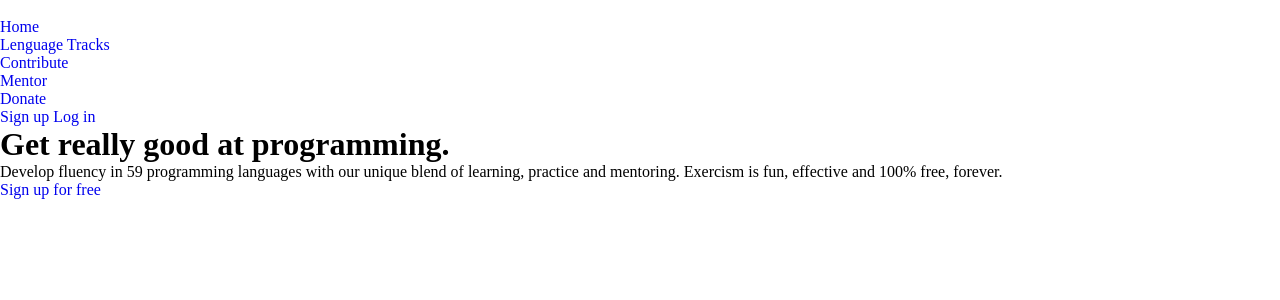
Repository: mvbri/exercism-style-website
Page: index.html
An editor plug-in stored every save of this project. The page is shown before and after the next save, followed by the edit.
The browser window is 1280 px wide. The pictures show the whole page.

Above is the page before, as saved 2022-07-20 18:14:19.

### index.html
<!DOCTYPE html>
<html lang="en">
  <head>
    <meta charset="UTF-8" />
    <meta http-equiv="X-UA-Compatible" content="IE=edge" />
    <meta name="viewport" content="width=device-width, initial-scale=1.0" />
    <title>Document</title>
    <link rel="stylesheet" href="style.css" />
  </head>
  <body>
    <div class="container">
      <header class="site-header">
        <div class="logo">
          <img src="" alt="" />
        </div>
        <nav class="signed-out">
          <ul>
            <li>
              <a href="#">Home</a>
            </li>
            <li>
              <a href="#">Lenguage Tracks</a>
            </li>
            <li>
              <a href="#">Contribute</a>
            </li>
            <li>
              <a href="#">Mentor</a>
            </li>
            <li>
              <a href="#">Donate</a>
            </li>
          </ul>
        </nav>
        <div class="auth-buttons">
          <a href="#">Sign up</a>
          <a href="#">Log in</a>
        </div>
      </header>
      <main class="main page-landing">
        <header>
          <div class="flex">
            <h1>Get really good at programming.</h1>
            <p>
              Develop fluency in 59 programming languages with our unique blend
              of learning, practice and mentoring. Exercism is fun, effective
              and 100% free, forever.
            </p>
            <div class="buttons-banner">
              <a href="#">Sign up for free</a>
            </div>
          </div>
        </header>
      </main>
      <footer class="footer"></footer>
    </div>
    <script src="./script.js"></script>
  </body>
</html>

### style.css
* {
    margin: 0;
    padding: 0;
    box-sizing: border-box;
}

a {
    text-decoration: none;
}

ul {
    list-style: none;
}

Loaded but not shown: script.js (no stored copy; drawn as an empty file)

After the next save:
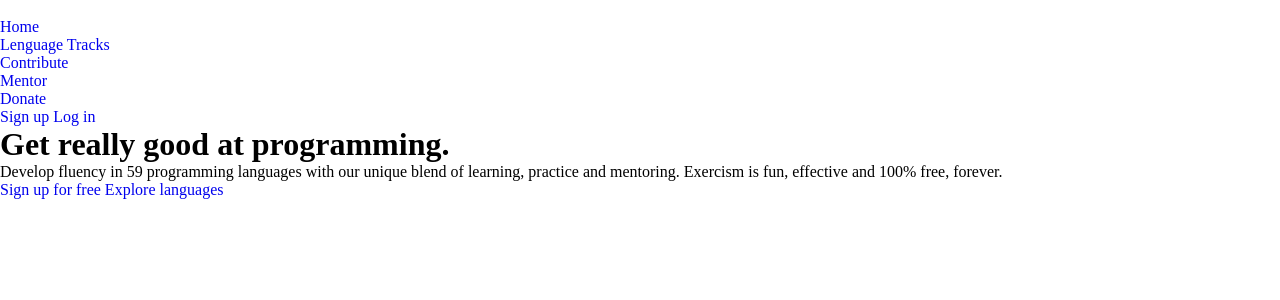
Saved 19 s later.
--- a/index.html
+++ b/index.html
@@ -48,6 +48,7 @@
             </p>
             <div class="buttons-banner">
               <a href="#">Sign up for free</a>
+              <a href="#">Explore languages</a>
             </div>
           </div>
         </header>
